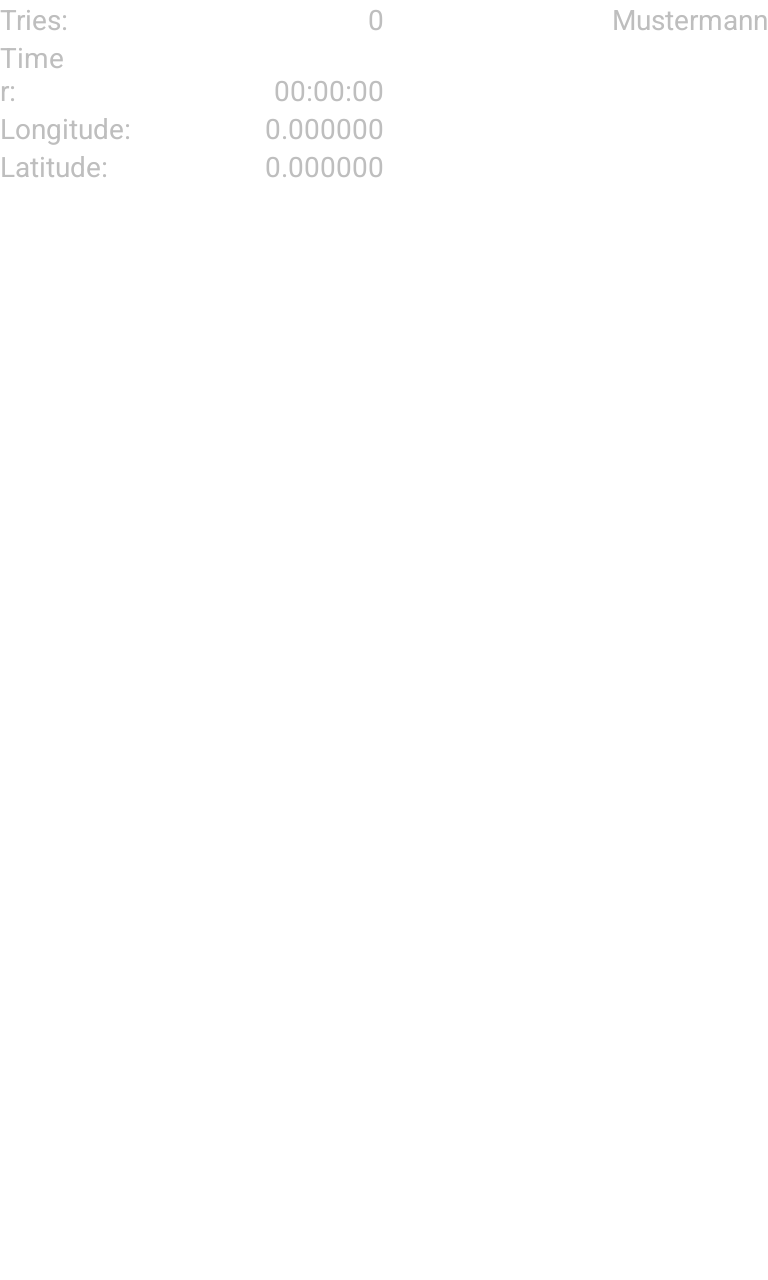
Repository: ymc-sise/sport-memory
Layout: memory/res/layout/game.xml
These files come from the project's save history. The layout is drawn as it stood at one moment and after a run of saves; the edit follows.
It is drawn on a 768 x 1280 px phone screen (xhdpi) without system bars, with theme android:Theme.Wallpaper; the app's code is not run.

Above is the layout before, as saved 2014-01-18 20:02:37.

### memory/res/layout/game.xml
<?xml version="1.0" encoding="utf-8"?>
<RelativeLayout xmlns:android="http://schemas.android.com/apk/res/android"
    android:id="@+id/RelativeLayout1"
    android:layout_width="fill_parent"
    android:layout_height="fill_parent"
    android:orientation="vertical"
    android:stretchColumns="50" >

        <TextView
        android:id="@+id/nameText"
        android:layout_width="wrap_content"
        android:layout_height="wrap_content"
        android:layout_alignParentRight="true"
        android:layout_alignParentTop="true"
        android:text="@string/mustermann" />

    <TextView
        android:id="@+id/tries"
        android:layout_width="wrap_content"
        android:layout_height="wrap_content"
        android:layout_alignParentLeft="true"
        android:layout_alignParentTop="true"
        android:layout_toRightOf="@+id/longitudeValue"
        android:text="@string/tries" />

            <TextView
        android:id="@+id/anz"
        android:layout_width="wrap_content"
        android:layout_height="wrap_content"
        android:layout_above="@+id/timer"
        android:layout_toLeftOf="@+id/tableLayout1"
        android:text="@string/thisisanull" />


    <TextView
        android:id="@+id/timer"
        android:layout_width="wrap_content"
        android:layout_height="wrap_content"
        android:layout_alignParentLeft="true"
        android:layout_alignRight="@+id/tries"
        android:layout_below="@+id/tries"
        android:text="@string/Timer" />

    <TextView
        android:id="@+id/longitudeLabel"
        android:layout_width="wrap_content"
        android:layout_height="wrap_content"
        android:layout_alignParentLeft="true"
        android:layout_below="@+id/timer"
        android:text="@string/longitudeLabel" />

    <TextView
        android:id="@+id/latitudeLabel"
        android:layout_width="wrap_content"
        android:layout_height="wrap_content"
        android:layout_alignParentLeft="true"
        android:layout_alignRight="@+id/longitudeLabel"
        android:layout_below="@+id/longitudeLabel"
        android:text="@string/latitudeLabel" />

    <TextView
        android:id="@+id/latitudeValue"
        android:layout_width="wrap_content"
        android:layout_height="wrap_content"
        android:layout_alignBaseline="@+id/latitudeLabel"
        android:layout_alignBottom="@+id/latitudeLabel"
        android:layout_alignLeft="@+id/longitudeValue"
        android:text="@string/latitudeValue" />

    <TextView
        android:id="@+id/longitudeValue"
        android:layout_width="wrap_content"
        android:layout_height="wrap_content"
        android:layout_above="@+id/latitudeValue"
        android:layout_alignRight="@+id/tableLayout1"
        android:text="@string/longitudeValue" />

    <TextView
        android:id="@+id/time"
        android:layout_width="wrap_content"
        android:layout_height="wrap_content"
        android:layout_above="@+id/longitudeValue"
        android:layout_alignRight="@+id/longitudeValue"
        android:text="@string/time" />

<TableLayout
        android:id="@+id/tableLayout1"
        android:layout_width="wrap_content"
        android:layout_height="wrap_content"
        android:layout_below="@+id/latitudeLabel"
        android:layout_centerHorizontal="true"
        android:layout_marginTop="62dp"
        android:orientation="vertical" >

        <TableRow
            android:id="@+id/tableRow2"
            android:layout_width="wrap_content"
            android:layout_height="wrap_content" >
        </TableRow>

        <TableRow
            android:id="@+id/tableRow3"
            android:layout_width="wrap_content"
            android:layout_height="wrap_content" >
        </TableRow>

        <TableRow
            android:id="@+id/tableRow4"
            android:layout_width="wrap_content"
            android:layout_height="wrap_content" >
        </TableRow>
    </TableLayout>





</RelativeLayout>

### memory/res/values/strings.xml
<?xml version="1.0" encoding="utf-8"?>
<resources>

    <string name="app_name">Sport memory</string>
    <string name="spielen">Play</string>
    <string name="einstellung">Settings</string>
    <string name="impressum">About</string>
    <string name="version10">Version 1.0</string>
    <string name="anzKarten">Number of cards</string>
    <string name="sechszehn">16</string>
    <string name="vierundzwanzig">24</string>
    <string name="zurueck">Back</string>
    <string name="spielername">Player name</string>
    <string name="namEingeben">Enter your name!</string>
    <string name="sechsunddreissig">36</string>
    <string name="tries">Tries:</string>
    <string name="url">URL</string>
    <string name="urlEingeben">localhost</string>
    <string name="localhost">use LocalHost</string>
    <string name="LocalHost">localhost</string>
    <string name="mustermann">Mustermann</string>
    <string name="thisisanull">0</string>
    <string name="impress">Sport memory is a student project. You have to solve memory additionaly with your gps coordinates.</string>
    <string name="impress2">Software licence: Apache License 2.0</string>
    <string name="impress3"></string>
    <string name="impress4">Developer Simon Schneeberger</string>
    <string name="Timer">Timer:</string>
    <string name="time">00:00:00</string>
    <string name="latitudeLabel">Latitude:</string>
    <string name="longitudeLabel">Longitude:</string>
    <string name="longitudeValue">0.000000</string>
    <string name="latitudeValue">0.000000</string>

</resources>

After the next 2 saves:
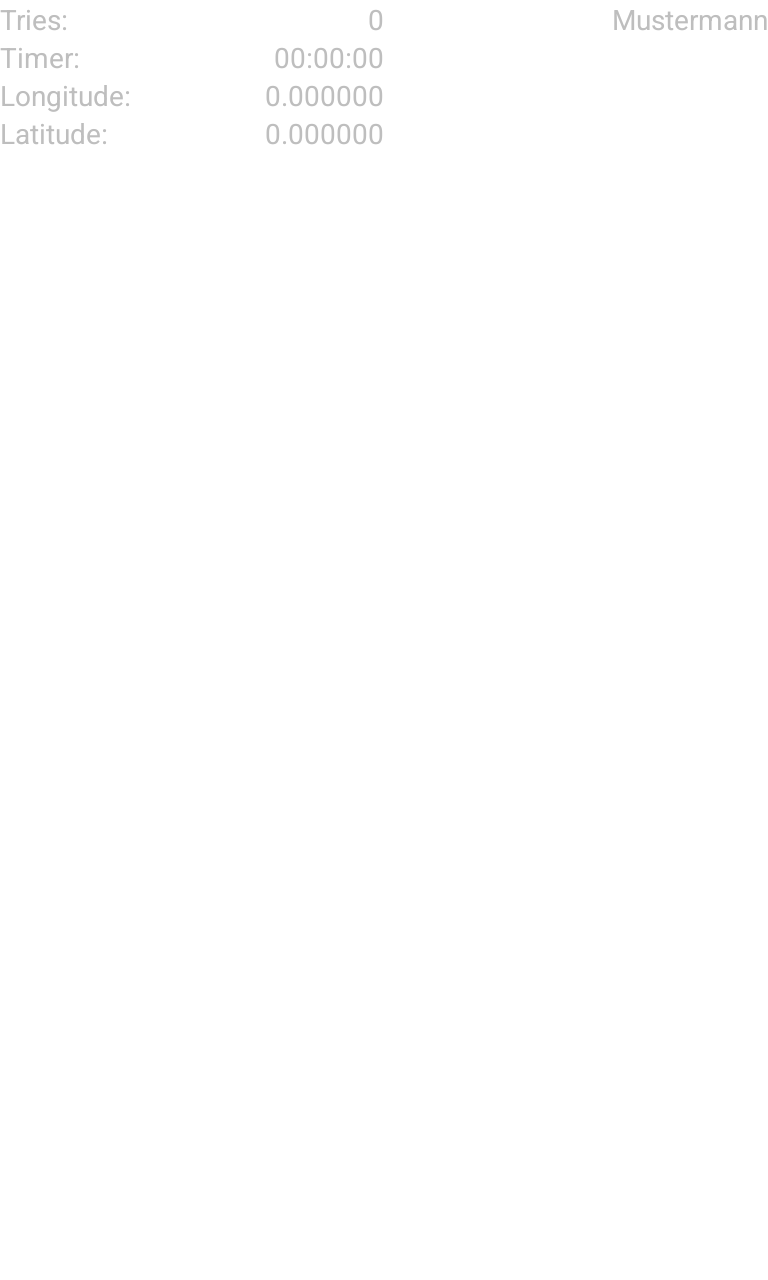
The 2 saves are shown as one change because 1 did not build or start.
The last was saved 14 s later.
--- a/memory/res/layout/game.xml
+++ b/memory/res/layout/game.xml
@@ -20,7 +20,7 @@
         android:layout_height="wrap_content"
         android:layout_alignParentLeft="true"
         android:layout_alignParentTop="true"
-        android:layout_toRightOf="@+id/longitudeValue"
+        android:layout_toLeftOf="@+id/longitudeValue"
         android:text="@string/tries" />
 
             <TextView
@@ -31,6 +31,33 @@
         android:layout_toLeftOf="@+id/tableLayout1"
         android:text="@string/thisisanull" />
 
+    <TableLayout
+        android:id="@+id/tableLayout1"
+        android:layout_width="wrap_content"
+        android:layout_height="wrap_content"
+        android:layout_below="@+id/latitudeLabel"
+        android:layout_centerHorizontal="true"
+        android:layout_marginTop="62dp"
+        android:orientation="vertical" >
+
+        <TableRow
+            android:id="@+id/tableRow2"
+            android:layout_width="wrap_content"
+            android:layout_height="wrap_content" >
+        </TableRow>
+
+        <TableRow
+            android:id="@+id/tableRow3"
+            android:layout_width="wrap_content"
+            android:layout_height="wrap_content" >
+        </TableRow>
+
+        <TableRow
+            android:id="@+id/tableRow4"
+            android:layout_width="wrap_content"
+            android:layout_height="wrap_content" >
+        </TableRow>
+    </TableLayout>
 
     <TextView
         android:id="@+id/timer"
@@ -83,33 +110,6 @@
         android:layout_alignRight="@+id/longitudeValue"
         android:text="@string/time" />
 
-<TableLayout
-        android:id="@+id/tableLayout1"
-        android:layout_width="wrap_content"
-        android:layout_height="wrap_content"
-        android:layout_below="@+id/latitudeLabel"
-        android:layout_centerHorizontal="true"
-        android:layout_marginTop="62dp"
-        android:orientation="vertical" >
-
-        <TableRow
-            android:id="@+id/tableRow2"
-            android:layout_width="wrap_content"
-            android:layout_height="wrap_content" >
-        </TableRow>
-
-        <TableRow
-            android:id="@+id/tableRow3"
-            android:layout_width="wrap_content"
-            android:layout_height="wrap_content" >
-        </TableRow>
-
-        <TableRow
-            android:id="@+id/tableRow4"
-            android:layout_width="wrap_content"
-            android:layout_height="wrap_content" >
-        </TableRow>
-    </TableLayout>
 
 
 
